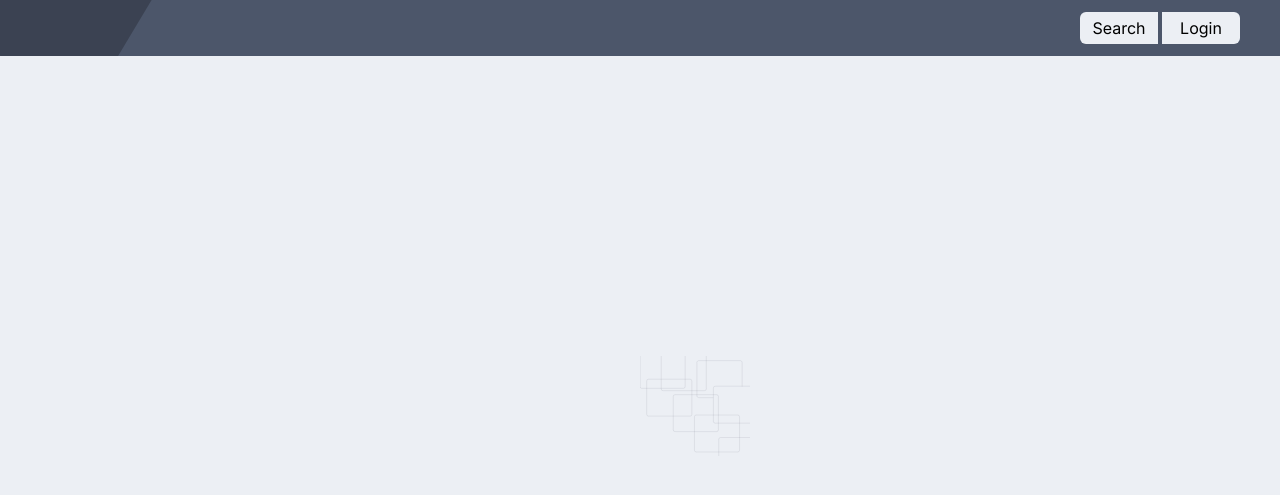
Repository: Qu4ntumGuy/project-bug
Page: /
The author's editor kept a copy of each file at every save. The page is drawn from the files as they stood at one save, then again after the next save.
The browser window is 1280 px wide. The pictures show the whole page.
The project was rebuilt for these pictures with package versions that can differ from the ones it lists, and the page was loaded fresh each time. The framework's server and built-in components were replaced by stand-ins that run in the browser. Also part of the build but not shown: next.config.mjs.

Above is the page before, as saved 2024-02-11 23:00:32.

### src/app/layout.js
import { Inter } from "next/font/google";
import "./globals.css";

const inter = Inter({ subsets: ["latin"] });

export default function RootLayout({ children }) {
  return (
    <html lang="en">
      <head>
        <title>Project-bug</title>
        <meta name="description" content="Description goes here." />
        <link rel="preconnect" href="https://fonts.googleapis.com" />
        <link rel="preconnect" href="https://fonts.gstatic.com" crossorigin />
        <link
          href="https://fonts.googleapis.com/css2?family=Fira+Code:wght@300;400;500;600&display=swap"
          rel="stylesheet"
        />
      </head>
      <body className={inter.className}>{children}</body>
    </html>
  );
}

### src/app/page.js
import Navbar from "@/components/Navbar";
import Image from "next/image";
import bug from "../../public/Bug.svg";
import bgdesign from "../../public/bgDesign.svg";
import bgmain from "../../public/bg-main.svg";

export default function Home() {
  const bgimg = "../../public/Bug.svg";
  return (
    <div className=" h-screen bg-[#ECEFF4] ">
      <Navbar />
      <div className="flex justify-between">
        <div
          style={{
            backgroundImage: `url(${bug})`,
            backgroundSize: "cover",
            backgroundPosition: "center",
            width: "100%",
            height: "400px",
          }}
        >
          {/* Your content goes here */}
        </div>
        {/* <div className="overflow-hidden w-full h-full">
          <Image src={bug} alt="bug" />
        </div> */}
        <div className="flex bg-contain w-full items-end">
          <Image src={bgdesign} height={100} alt="bgdesign" />
        </div>
      </div>
    </div>
  );
}

### src/app/globals.css
@tailwind base;
@tailwind components;
@tailwind utilities;

/* :root {
  --foreground-rgb: 0, 0, 0;
  --background-start-rgb: 214, 219, 220;
  --background-end-rgb: 255, 255, 255;
} */

/* @media (prefers-color-scheme: dark) {
  :root {
    --foreground-rgb: 255, 255, 255;
    --background-start-rgb: 0, 0, 0;
    --background-end-rgb: 0, 0, 0;
  }
} */

body {
  color: rgb(var(--foreground-rgb));
  background: rgba(255, 255, 255, 1);
  font-family: 'Fira Code', monospace;
}

@font-face {
  font-family: "Fira Code";
  src: url("../../public/font/FiraCode-VariableFont_wght.ttf")
    format("truetype");
}


/* @layer utilities {
  .text-balance {
    text-wrap: balance;
  }
} */

### src/components/Navbar.js
import Image from "next/image";
import reactangle from "../../public/Rectangle 5.svg";

export default function Navbar() {
  return (
    <nav className="h-14 w-full bg-[#4C566A] flex justify-end">
      <div className=" absolute flex -left-1 -top-1">
        <Image
          src={reactangle}
          alt="reactangle"
          height={60}
          className=" rounded-md"
        />
      </div>
      <div className="flex m-3 w-40 mr-10 justify-between">
        <div className="flex bg-[#ECEFF4] w-full mr-1 rounded-l-md items-center justify-center align-middle">
          <button>Search</button>
        </div>
        <div className="flex bg-[#ECEFF4] w-full rounded-r-md items-center justify-center align-middle">
          <button>Login</button>
        </div>
      </div>
    </nav>
  );
}

Loaded but not shown: tailwind.config.js (common file)

After the next save:
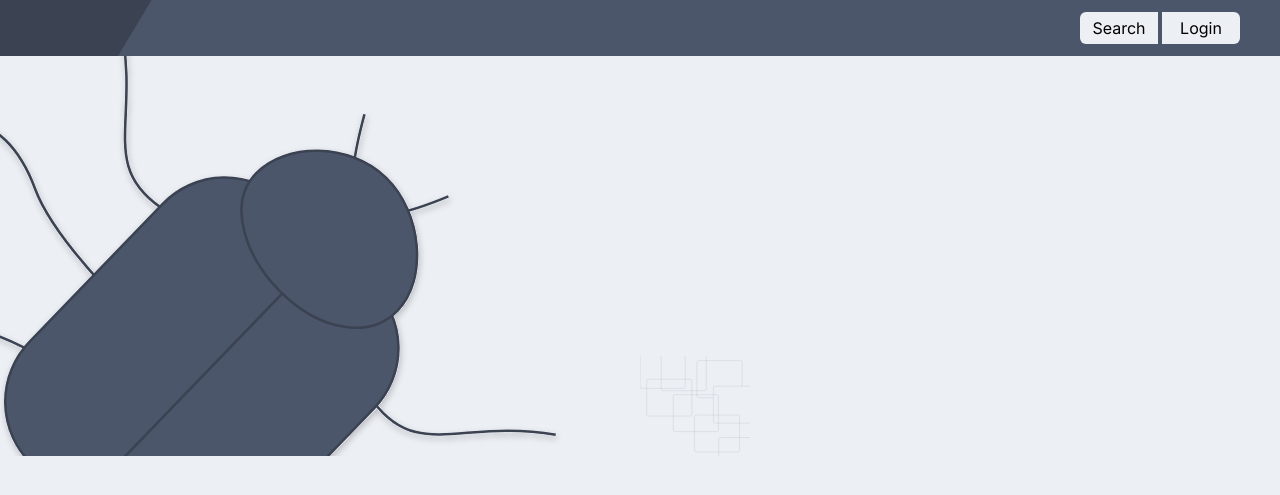
Saved 10 s later.
--- a/src/app/page.js
+++ b/src/app/page.js
@@ -12,7 +12,7 @@ export default function Home() {
       <div className="flex justify-between">
         <div
           style={{
-            backgroundImage: `url(${bug})`,
+            backgroundImage: `url(${bgimg})`,
             backgroundSize: "cover",
             backgroundPosition: "center",
             width: "100%",
